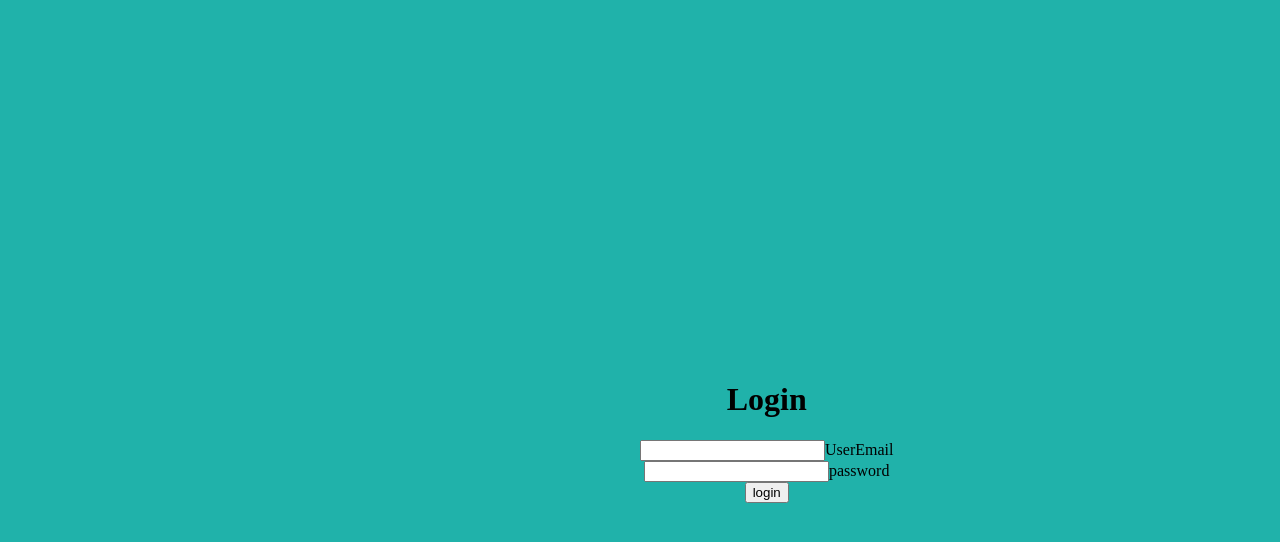
Repository: Aref19/eshop_frontEnd
Page: /
These files come from the project's save history. The page is drawn as it stood at one moment and after the next save; the edit follows.
The browser window is 1280 px wide. The pictures show the whole page.
The project was rebuilt for these pictures with package versions that can differ from the ones it lists, and the page was loaded fresh each time.

Above is the page before, as saved 2023-02-23 20:39:34.

### src/App.js
import './App.css';
import Login from './component/Login'

function App() {
  return (
    <div className="App">
     <Login/>
    </div>
  );
}

export default App;

### src/component/Login.js
import "../css/Login.css"


function Login() {
    return (
        <>
            <div className="center">
                <h1>Login</h1>
                <form method="post">
                    <div className="txt_field">
                        <input type={Text} required></input>
                        <label>UserEmail</label>

                    </div>
                    <div className="txt_field">
                        <input type={"password"} required></input>
                        <label>password</label>

                    </div>
                    <input type={"submit"} value="login"></input>

                </form>

            </div>

        </>
    )
}

export default Login;

### src/css/Login.css
body{
    margin: 0;
    padding: 0;
    font-family: montserrat ;
    background-color: lightseagreen;
    height: 100vh;
    overflow: hidden;

}

.center
{
    position: absolute;
    top: 50%;
    left: 50%;


}

Loaded but not shown: public/index.html (common file); src/index.js (common file); src/index.css (common file); src/reportWebVitals.js (common file); src/App.css (common file)

After the next save:
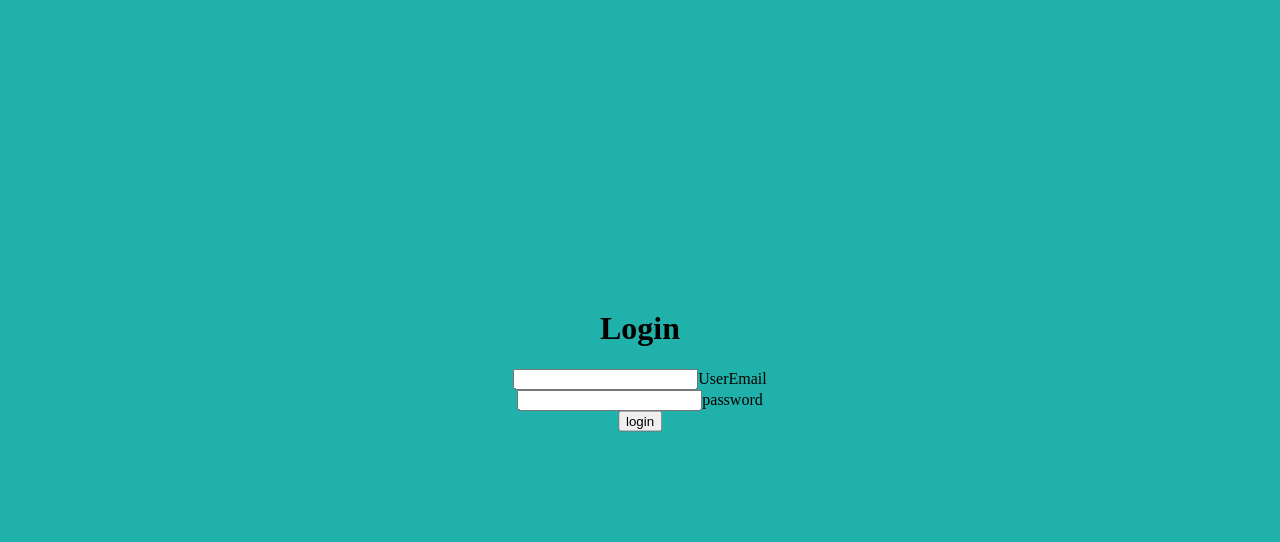
Saved 5 s later.
--- a/src/css/Login.css
+++ b/src/css/Login.css
@@ -13,6 +13,6 @@ body{
     position: absolute;
     top: 50%;
     left: 50%;
-
+    transform: translate(-50%,-50%);
 
 }
